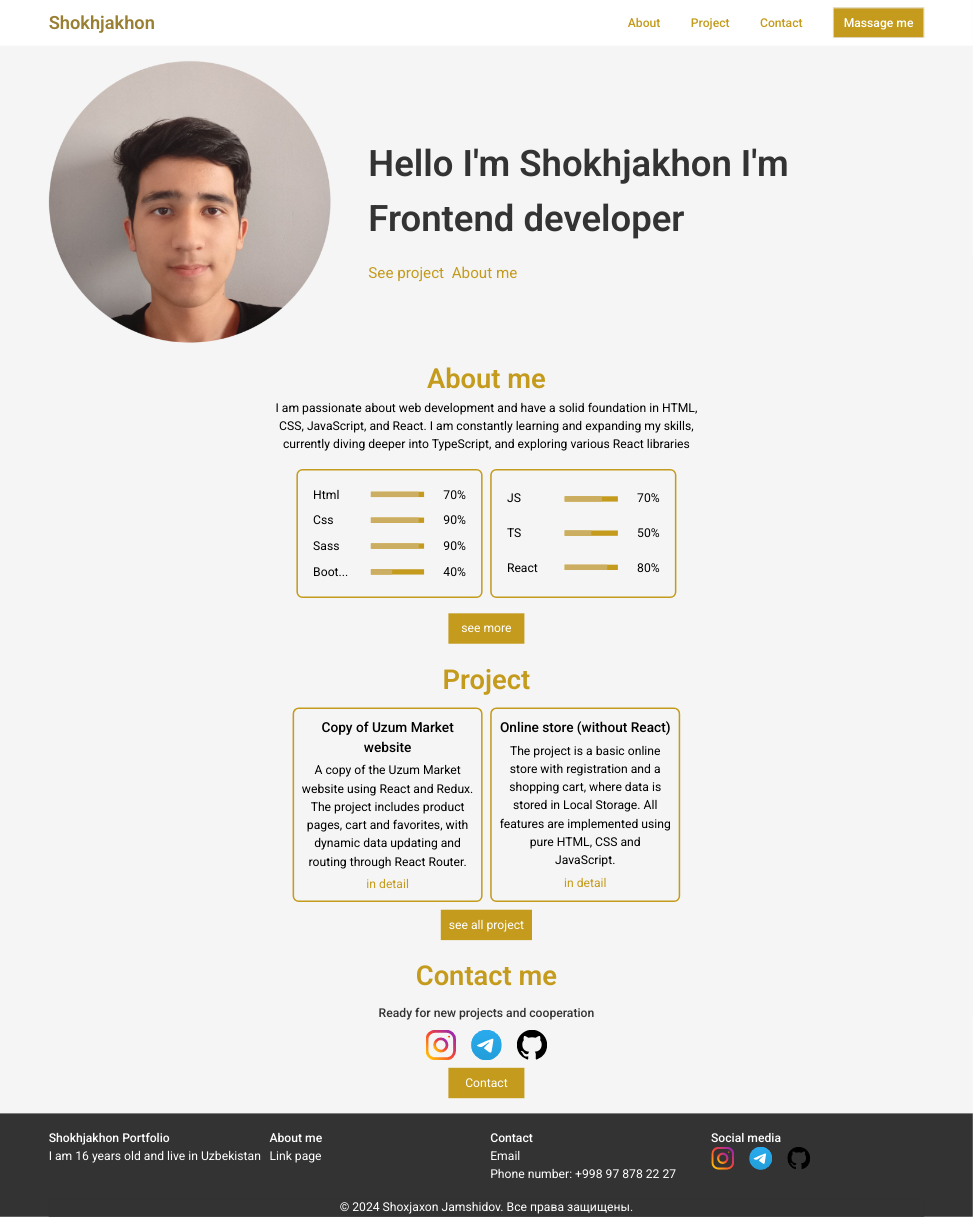
Repository: usershoh/My-Portfolio
Page: /
These files come from the project's save history. The page is drawn as it stood at one moment and after the next save; the edit follows.
The browser window is 1280 px wide. The pictures show the whole page, at 76% of full size.
The project was rebuilt for these pictures with package versions that can differ from the ones it lists, and the page was loaded fresh each time. Also part of the build but not shown: vite.config.js, src/pages/blog/index.jsx, src/components/project/uzum-market/index.jsx, src/components/project/online-store/index.jsx, src/components/project/title/index.jsx, src/components/project/portfolio/index.jsx, src/pages/project/index.jsx, src/components/contact/title/index.jsx and 10 more.

Above is the page before, as saved 2024-12-09 14:05:37.

After the next save:
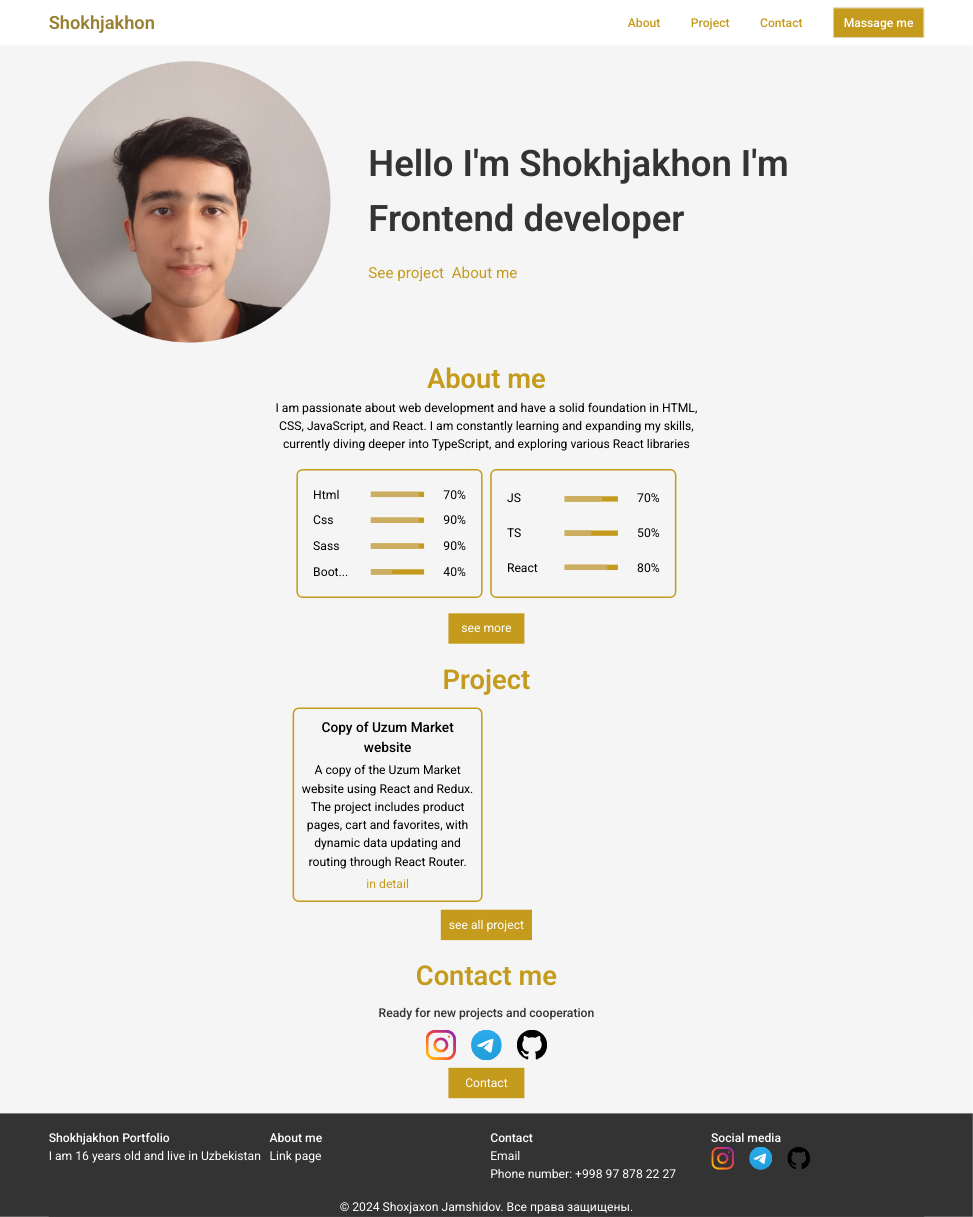
Saved 5 s later.
--- a/src/components/home/project/index.jsx
+++ b/src/components/home/project/index.jsx
@@ -12,30 +12,7 @@ const Project = () => {
 
       <div className="grid grid-cols-1 md:grid-cols-2 gap-[10px]">
         <ProjectItem1 />
-        <div className="border-[#c49b1d] border-[2px] p-[10px] rounded-lg md:w-[250px] grid gap-[5px]">
-          <h1 className="text-[18px] font-medium">
-            Online store (without React)
-          </h1>
-          <p>
-            The project is a basic online store with registration and a shopping
-            cart, where data is stored in Local Storage. All features are
-            implemented using pure HTML, CSS and JavaScript.
-          </p>
 
-          {/* <div className="flex items-center justify-between gap-[5px]">
-            <img className="w-40px" src={uzumImg1} alt="" />
-            <img className="w-40px" src={uzumImg1} alt="" />
-            <img className="w-40px" src={uzumImg1} alt="" />
-            <img className="w-40px" src={uzumImg1} alt="" />
-          </div> */}
-
-          <button
-            className="text-gold hover:text-hover"
-            onClick={() => navigate("/project")}
-          >
-            in detail
-          </button>
-        </div>
       </div>
 
       <button
